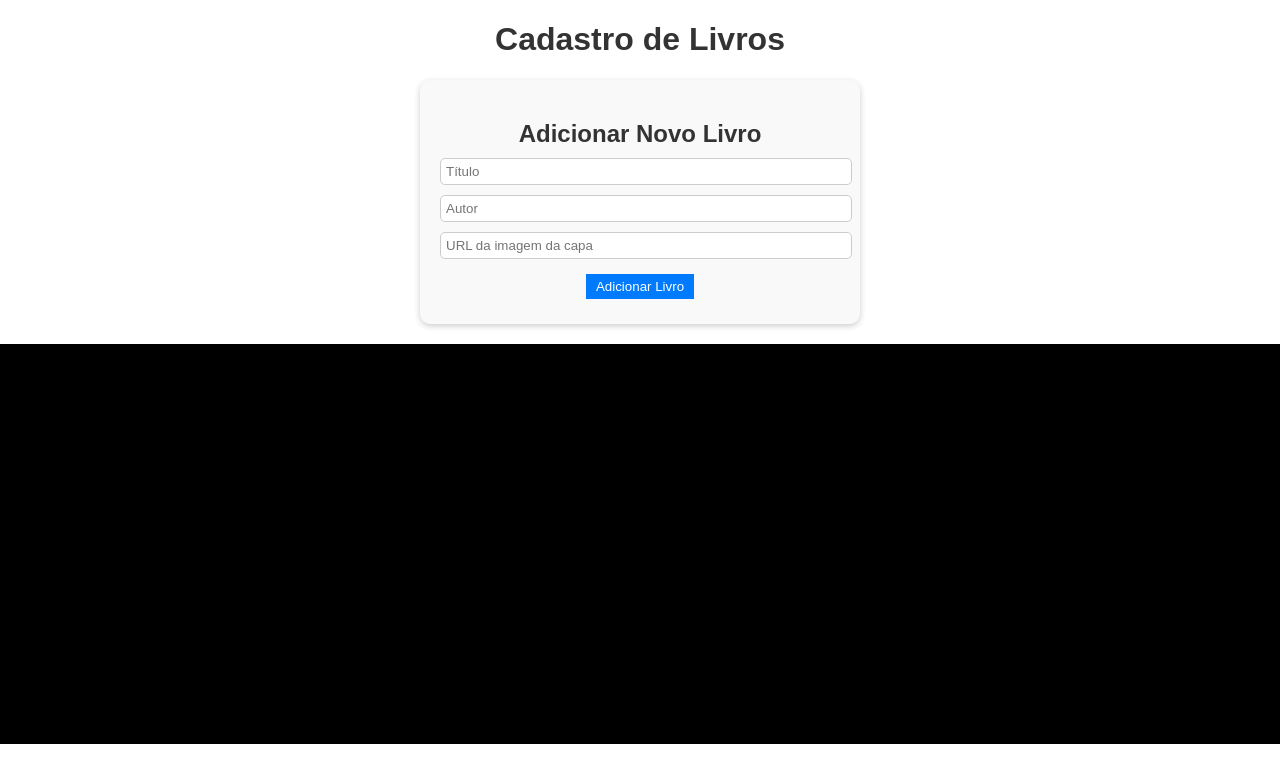
Repository: Matheus904-12/JS-BIN
Page: iindex.html
The author's editor kept a copy of each file at every save. The page is drawn from the files as they stood at one save, then again after the next save.
The browser window is 1280 px wide. The pictures show the whole page.

Above is the page before, as saved 2023-08-23 10:53:08.
Console error: TypeError: Cannot read properties of null (reading 'addEventListener')

### iindex.html
<!DOCTYPE html>
<html lang="en">
<head>
  <meta charset="UTF-8">
  <meta name="viewport" content="width=device-width, initial-scale=1.0">
  <link rel="stylesheet" href="sstyle.css">
  <title>Cadastro de Livros</title>
</head>
<body>
  <h1>Cadastro de Livros</h1>
  <div class="book-entry">
    <h2>Adicionar Novo Livro</h2>
    <input type="text" id="title" placeholder="Título">
    <input type="text" id="author" placeholder="Autor">
    <input type="text" id="imageUrl" placeholder="URL da imagem da capa">
    <button id="add-book">Adicionar Livro</button>
  </div>
  <div class="carousel">
    <div class="carousel-container" id="carousel-container">
    </div>
    <div class="carousel-gradient"></div>
  </div>
  <p id="status"></p>

  <script src="ipt.js"></script>
</body>
</html>

### sstyle.css
body {
    font-family: Arial, sans-serif;
    text-align: center;
    margin: 0;
    padding: 0;
  }

  h1 {
    color: #333;
  }

  button {
    margin: 5px;
    padding: 5px 10px;
    background-color: #007bff;
    color: #fff;
    border: none;
    cursor: pointer;
  }

  button:hover {
    background-color: #0056b3;
  }

  .carousel {
    position: relative;
    width: 100%;
    height: 400px;
    overflow: hidden;
    background-color: #000;
  }

  .carousel-container {
    display: flex;
    transition: transform 0.5s;
  }

  .carousel-gradient {
    position: absolute;
    width: 100%;
    height: 100%;
    background: linear-gradient(to right, rgba(0, 0, 0, 0.8), transparent);
    pointer-events: none;
  }

  .book-item {
    display: flex;
    flex-direction: column;
    align-items: center;
    justify-content: center;
    width: 200px;
    height: 300px;
    margin-right: 20px;
    background-color: #fff;
    border-radius: 10px;
    box-shadow: 0 2px 6px rgba(0, 0, 0, 0.2);
    overflow: hidden;
  }

  .book-img {
    max-width: 100px;
    max-height: 150px;
    margin-bottom: 10px;
  }

  #status {
    margin-top: 10px;
    font-style: italic;
  }

  /* ... */
.book-entry {
    margin: 20px auto;
    padding: 20px;
    width: 80%;
    max-width: 400px;
    background-color: #f9f9f9;
    border-radius: 10px;
    box-shadow: 0 2px 6px rgba(0, 0, 0, 0.2);
  }

  .book-entry h2 {
    margin-bottom: 10px;
    color: #333;
  }

  .book-entry input {
    display: block;
    margin-bottom: 10px;
    width: 100%;
    padding: 5px;
    border: 1px solid #ccc;
    border-radius: 5px;
  }



  /* ... */

### ipt.js
document.getElementById('add-book').addEventListener('click', async () => {
    // ...
  });

  document.getElementById('show-books').addEventListener('click', async () => {
    // ...
  });

  document.getElementById('delete-books').addEventListener('click', async () => {
    // ...
  });

  // Função para criar elementos de livro no carrossel
  function createBookElement(book) {
    const bookDiv = document.createElement('div');
    bookDiv.className = 'book-item';

    const bookImage = document.createElement('img');
    bookImage.className = 'book-img';
    bookImage.src = book.imageUrl || 'assets/book_placeholder.jpg';

    const bookInfo = document.createElement('div');
    bookInfo.innerHTML = `<strong>Título:</strong> ${book.title || 'Desconhecido'}<br><strong>Autor:</strong> ${book.author || 'Desconhecido'}`;

    bookDiv.appendChild(bookImage);
    bookDiv.appendChild(bookInfo);
    return bookDiv;
  }

  // Função para atualizar o carrossel com os livros
  async function updateCarousel() {
    const container = document.getElementById('carousel-container');
    container.innerHTML = '';

    try {
      const response = await fetch('http://localhost:3000/get-books');
      const books = await response.json();

      for (const book of books) {
        const bookElement = createBookElement(book);
        container.appendChild(bookElement);
      }

      // Atualizar gradient conforme a quantidade de livros
      const gradient = document.querySelector('.carousel-gradient');
      gradient.style.background = `linear-gradient(to right, rgba(0, 0, 0, 0.8), transparent ${books.length * 220 + 20}px)`;
    } catch (error) {
      console.error('Erro ao obter livros:', error);
    }
  }

  // Atualizar o carrossel ao carregar a página
  window.addEventListener('load', () => {
    updateCarousel();
  });

After the next save:
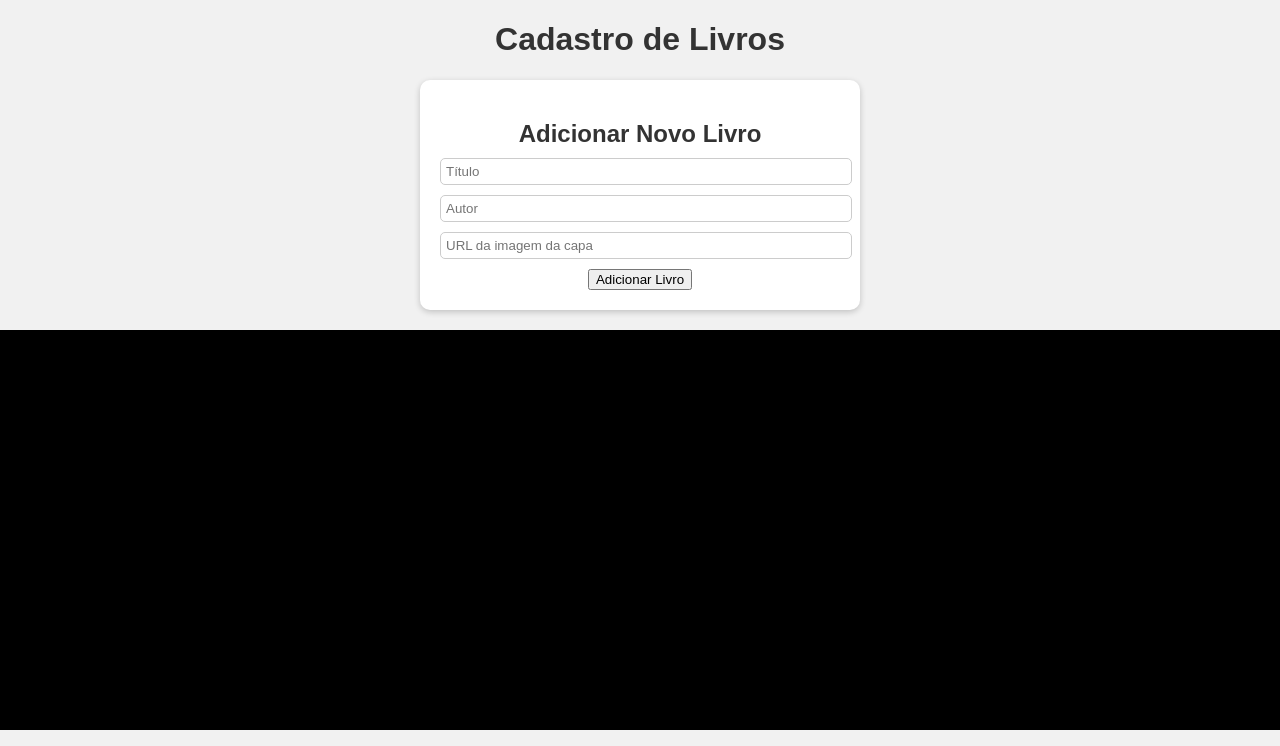
Saved 13 s later.
--- a/sstyle.css
+++ b/sstyle.css
@@ -3,23 +3,35 @@ body {
     text-align: center;
     margin: 0;
     padding: 0;
+    background-color: #f1f1f1;
   }
 
   h1 {
     color: #333;
   }
 
-  button {
-    margin: 5px;
-    padding: 5px 10px;
-    background-color: #007bff;
-    color: #fff;
-    border: none;
-    cursor: pointer;
+  .book-entry {
+    margin: 20px auto;
+    padding: 20px;
+    width: 80%;
+    max-width: 400px;
+    background-color: #fff;
+    border-radius: 10px;
+    box-shadow: 0 2px 6px rgba(0, 0, 0, 0.2);
   }
 
-  button:hover {
-    background-color: #0056b3;
+  .book-entry h2 {
+    margin-bottom: 10px;
+    color: #333;
+  }
+
+  .book-entry input {
+    display: block;
+    margin-bottom: 10px;
+    width: 100%;
+    padding: 5px;
+    border: 1px solid #ccc;
+    border-radius: 5px;
   }
 
   .carousel {
@@ -43,56 +55,4 @@ body {
     pointer-events: none;
   }
 
-  .book-item {
-    display: flex;
-    flex-direction: column;
-    align-items: center;
-    justify-content: center;
-    width: 200px;
-    height: 300px;
-    margin-right: 20px;
-    background-color: #fff;
-    border-radius: 10px;
-    box-shadow: 0 2px 6px rgba(0, 0, 0, 0.2);
-    overflow: hidden;
-  }
-
-  .book-img {
-    max-width: 100px;
-    max-height: 150px;
-    margin-bottom: 10px;
-  }
-
-  #status {
-    margin-top: 10px;
-    font-style: italic;
-  }
-
   /* ... */
-.book-entry {
-    margin: 20px auto;
-    padding: 20px;
-    width: 80%;
-    max-width: 400px;
-    background-color: #f9f9f9;
-    border-radius: 10px;
-    box-shadow: 0 2px 6px rgba(0, 0, 0, 0.2);
-  }
-
-  .book-entry h2 {
-    margin-bottom: 10px;
-    color: #333;
-  }
-
-  .book-entry input {
-    display: block;
-    margin-bottom: 10px;
-    width: 100%;
-    padding: 5px;
-    border: 1px solid #ccc;
-    border-radius: 5px;
-  }
-
-
-
-  /* ... */
